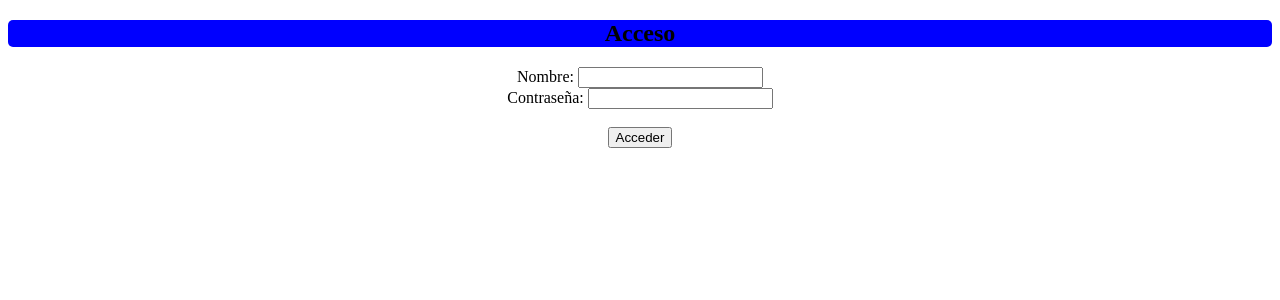
Repository: MateoSantander/Ejercicios4y5
Page: http://localhost/Ejercicio_4/JSP_login.jsp
The author's editor kept a copy of each file at every save. The page is drawn from the files as they stood at one save, then again after the next save.
The browser window is 1280 px wide. The pictures show the whole page.
The page is served by Tomcat 9. Other server files are loaded and not shown.

Above is the page before, as saved 2022-03-18 13:34:26.

### Ejercicio_4/src/main/webapp/JSP_login.jsp
<%@ page language="java" contentType="text/html; charset=ISO-8859-1"
    pageEncoding="ISO-8859-1"%>
<!DOCTYPE html>
<html>
<head>
<meta charset="ISO-8859-1">
<title>acceso</title>
<link rel="stylesheet" href="css/design.css">
</head>
<body>
			<h2>Acceso</h2>
		<form action="login" method="post">
			Nombre: <input type="text" class="form-control" name="username"/>
			<br/>
			Contraseña: <input type="password" class="form-control" name="password"/>
			<br/><br/>
			<input type="submit" value="Acceder">
		</form>
</body>
</html>

### Ejercicio_4/src/main/webapp/css/design.css
@charset "ISO-8859-1";

h2{
	 color:rgb(rgb(255, 0, 0), green, blue);
        text-align:center;
        border-radius: 5px;
        background-color: blue;
}

body{
	text-align:center;
}

After the next save:
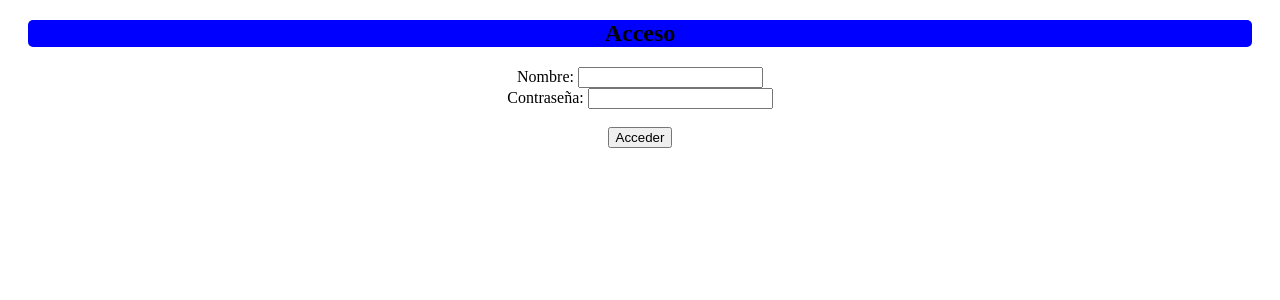
Saved 113 s later.
--- a/Ejercicio_4/src/main/webapp/css/design.css
+++ b/Ejercicio_4/src/main/webapp/css/design.css
@@ -3,6 +3,8 @@
 h2{
 	 color:rgb(rgb(255, 0, 0), green, blue);
         text-align:center;
+        margin-left: 20px;
+    	margin-right: 20px;
         border-radius: 5px;
         background-color: blue;
 }
